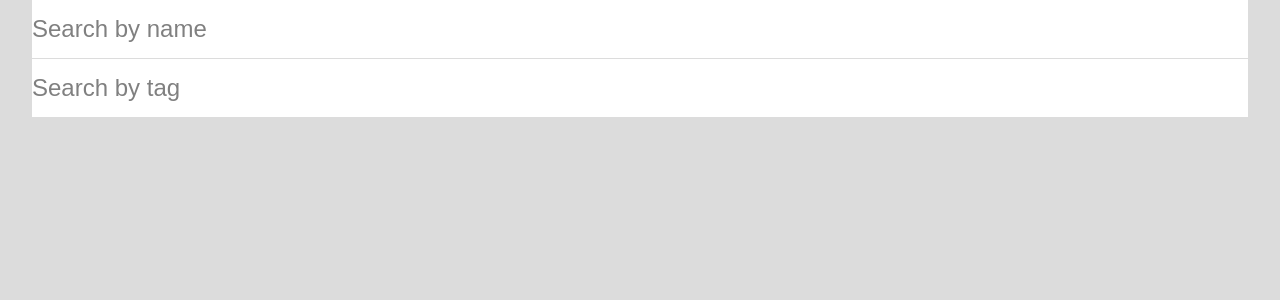
Repository: randysteele/randy-steele-hatchways-assessment-frontend
Page: /
These files come from the project's save history. The page is drawn as it stood at one moment and after the next save; the edit follows.
The browser window is 1280 px wide. The pictures show the whole page.
The page's requests for data from a server got no answer. The project was rebuilt for these pictures with package versions that can differ from the ones it lists, and the page was loaded fresh each time. No one was signed in, and anything a server would have sent is missing.

Above is the page before, as saved 2020-11-27 15:31:37.

### src/index.js
import React from 'react';
import ReactDOM from 'react-dom';
import './index.css';
import App from './App';
import reportWebVitals from './reportWebVitals';
// import StudentList from './StudentList';

ReactDOM.render(
  <React.StrictMode>
    <App />
  </React.StrictMode>,
  document.getElementById('root')
);

// If you want to start measuring performance in your app, pass a function
// to log results (for example: reportWebVitals(console.log))
// or send to an analytics endpoint. Learn more: https://bit.ly/CRA-vitals
reportWebVitals();

### src/App.js
import './App.css';
import axios from 'axios';
import StudentList from './StudentList';


// componentDidMount = () => {
//   axios.get(`https://api.hatchways.io/assessment/students/`)
//     .then(res =>  {
//       const students = res.data.students;
//       this.setState({students});
//     })
//   }


function App() {
  return (
    <div className="App">
    <StudentList />
    </div>
  );
}

export default App;

### src/App.css
article,aside,details,figcaption,figure,footer,header,hgroup,nav,section,summary{display:block;}audio,canvas,video{display:inline-block;}audio:not([controls]){display:none;height:0;}[hidden]{display:none;}html{font-family:sans-serif;-webkit-text-size-adjust:100%;-ms-text-size-adjust:100%;}a:focus{outline:thin dotted;}a:active,a:hover{outline:0;}h1{font-size:2em;}abbr[title]{border-bottom:1px dotted;}b,strong{font-weight:700;}dfn{font-style:italic;}mark{background:#ff0;color:#000;}code,kbd,pre,samp{font-family:monospace, serif;font-size:1em;}pre{white-space:pre-wrap;word-wrap:break-word;}q{quotes:\201C \201D \2018 \2019;}small{font-size:80%;}sub,sup{font-size:75%;line-height:0;position:relative;vertical-align:baseline;}sup{top:-.5em;}sub{bottom:-.25em;}img{border:0;}svg:not(:root){overflow:hidden;}fieldset{border:1px solid silver;margin:0 2px;padding:.35em .625em .75em;}button,input,select,textarea{font-family:inherit;font-size:100%;margin:0;}button,input{line-height:normal;}button,html input[type=button],/* 1 */input[type=reset],input[type=submit]{-webkit-appearance:button;cursor:pointer;}button[disabled],input[disabled]{cursor:default;}input[type=checkbox],input[type=radio]{box-sizing:border-box;padding:0;}input[type=search]{-webkit-appearance:textfield;-moz-box-sizing:content-box;-webkit-box-sizing:content-box;box-sizing:content-box;}input[type=search]::-webkit-search-cancel-button,input[type=search]::-webkit-search-decoration{-webkit-appearance:none;}textarea{overflow:auto;vertical-align:top;}table{border-collapse:collapse;border-spacing:0;}body,figure{margin:0;}legend,button::-moz-focus-inner,input::-moz-focus-inner{border:0;padding:0;}

.clearfix:after {visibility: hidden; display: block; font-size: 0; content: ''; clear: both; height: 0; }

* { -moz-box-sizing: border-box; -webkit-box-sizing: border-box; box-sizing: border-box; }

body {
  font-family: 'Raleway', sans-serif;
  line-height: 0.8;
  background-color: gainsboro;
  color: grey;
}

.StudentList {
  background-color: white;
  width: 800px;
  min-height: 400px;
  max-height: 600px;
  overflow: hidden;
  overflow-y: scroll;
  margin: 50px auto;
  border-radius: 15px;
  box-shadow: grey 0px 4px 4px;
  position: relative;
}

.searchForm {
  width: 100%;
  text-align: center;
}

input {
  border: 0;
  border-bottom: solid 1px gainsboro;
  font-size: 1.5rem;
  font-family: 'Raleway', sans-serif;
}

.searchForm input {
  width: 95%;
  padding: 15px 0;
  margin: 0 auto;
}

input:focus {
  outline: none;
  border-bottom: solid 1px black;
}

input::placeholder {
  color: grey;
}

.student {
  border-bottom: solid 1px gainsboro;
  display: flex;
  padding-left: 30px;
}

.student:last-child {
  border-bottom: solid 1px transparent;
}

.student .robotAvatar {
  width: 120px;
  height: 120px;
  border-radius: 50%;
  border: solid 1px grey;
  margin-right: 20px;
  margin-top: 15px;
}

.studentName {
  text-transform: uppercase;
  color: black;
  font-size: 1.5rem;
  font-weight: 700;
}

.infoIndented {
  padding-left: 25px;
}

.buttonHolder {
  position: absolute;
  right: 15px;
  padding-top: 15px;
}

.buttonHolder button {
  border: 0;
  background-color: inherit;
}

.buttonHolder button:focus {
  outline: none;
}

.buttonHolder i {
  font-size: 1.5rem;
  color: grey;
}

.grade {
  padding-left: 15px;
}

.gradeList {
  line-height: 0.2;
  padding-top: px;
}

.tagButton {
  border: 0;
  border-radius: 5px;
  background-color: gainsboro;
  padding: 10px 20px;
}

.tagForm {
  width: 200px;
  padding-top: 0;
  padding-bottom: 15px;
}

.tagForm input {
  width: 100%;
  padding: 7px 0px;
  font-size: 1rem;
}

.tag {
  color: black;
  background-color: gainsboro;
  border-radius: 7px;
  display: inline-block;
  margin-right: 10px;
  padding: 10px;
}

### src/StudentList.js
import React from 'react';
import axios from 'axios';


export default class StudentList extends React.Component {

state = {
    students:  []
}


    // Average() {
    //   const grades = this.state.students.grades
    //   const sum = grades.reduce(a, b)
    //   const average = `${(sum / (grades.length))}%`
    // }}


    componentDidMount() {
        axios.get(`https://api.hatchways.io/assessment/students/`)
          .then(res =>  {
            const students = res.data.students;
            this.setState({students});
          })
      }


    //   sum = this.state.students.grades.reduce((previous, current) => current += previous);
    //   avg = sum / this.state.students.grades.length

    //   average(grades){
    //       return grades.reduce((a, b) => ( a + b) ) / this.state.students.grades.length
    //   }

    // calcAverage = (grades) => {
    //     var sum = 0;
    //     grades.forEach ((grade) => {
    //     sum += parseInt(grade); });
    //     return sum / grades.length;
    // }

    handleNameChange = (event) => {
        const searchQuery = event.target.value.toLowerCase();

        const match = (students) => {
          return (
            students.firstName.includes(searchQuery) || students.lastName.includes(searchQuery)
          )
        }

        const filteredArray = this.state.students.filter(match)

        this.setState({
          filteredArray: filteredArray
        })
      }

      render() {
        return (
          <div className="App">
            <section className="studentContainer">

              <form action="" className="searchForm">
                <input type="text" placeholder="Search by name" onChange={this.handleNameChange}/>
                <input type="text" placeholder="Search by tag" onChange={this.handleTagChange} />
              </form>

              {this.state.students ?
                <div>
                  {this.state.students.map((student) => {
                    return (
                      <StudentList key={student.key} student={student} addTag={this.addTag}/>
                    )
                  })}
                </div>
              : null }
            </section>
          </div>
        );
      }
    }
        // Average: {student.grades.reduce((previous, current) => current += previous) / student.grades.length}</li>)}

Loaded but not shown: public/index.html (common file); src/index.css (common file); src/reportWebVitals.js (common file)

After the next save:
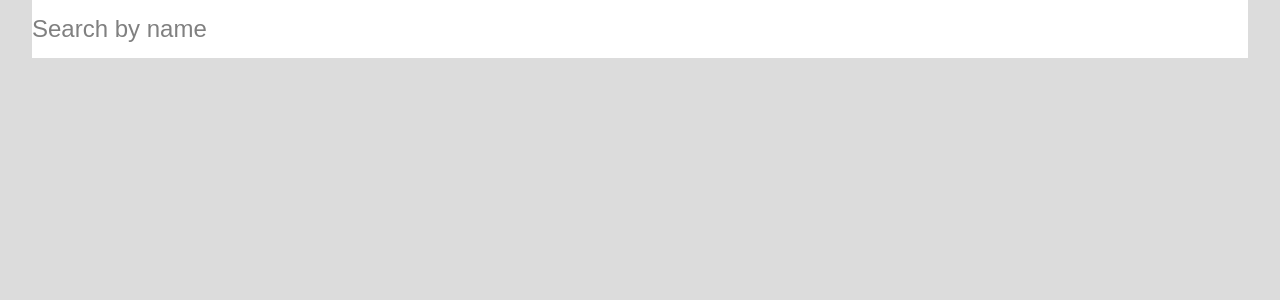
Saved 10 min 47 s later.
--- a/src/App.js
+++ b/src/App.js
@@ -1,5 +1,4 @@
 import './App.css';
-import axios from 'axios';
 import StudentList from './StudentList';
 
 
--- a/src/StudentList.js
+++ b/src/StudentList.js
@@ -62,7 +62,6 @@ state = {
 
               <form action="" className="searchForm">
                 <input type="text" placeholder="Search by name" onChange={this.handleNameChange}/>
-                <input type="text" placeholder="Search by tag" onChange={this.handleTagChange} />
               </form>
 
               {this.state.students ?
